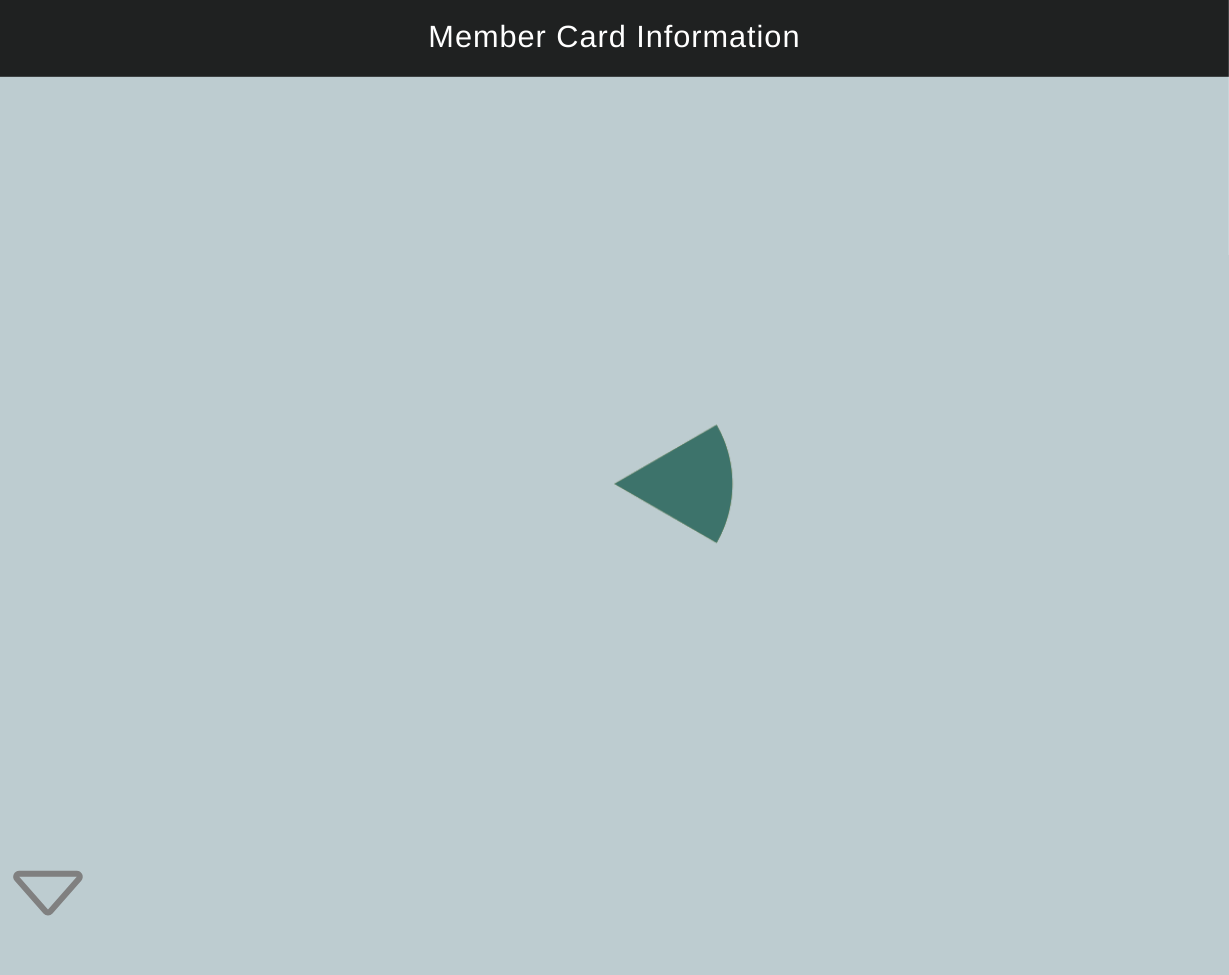
Repository: Leooook/lzhao-fed-test
Page: /
An editor plug-in stored every save of this project. The page is shown before and after a run of saves, followed by the edit.
The browser window is 1280 px wide. The pictures show the whole page, at 96% of full size.
The page's requests for data from a server got no answer. The project was rebuilt for these pictures with package versions that can differ from the ones it lists, and the page was loaded fresh each time. No one was signed in, and anything a server would have sent is missing. Also part of the build but not shown: src/components/detail.jsx.

Above is the page before, as saved 2021-03-15 21:22:28.

After the next 2 saves:
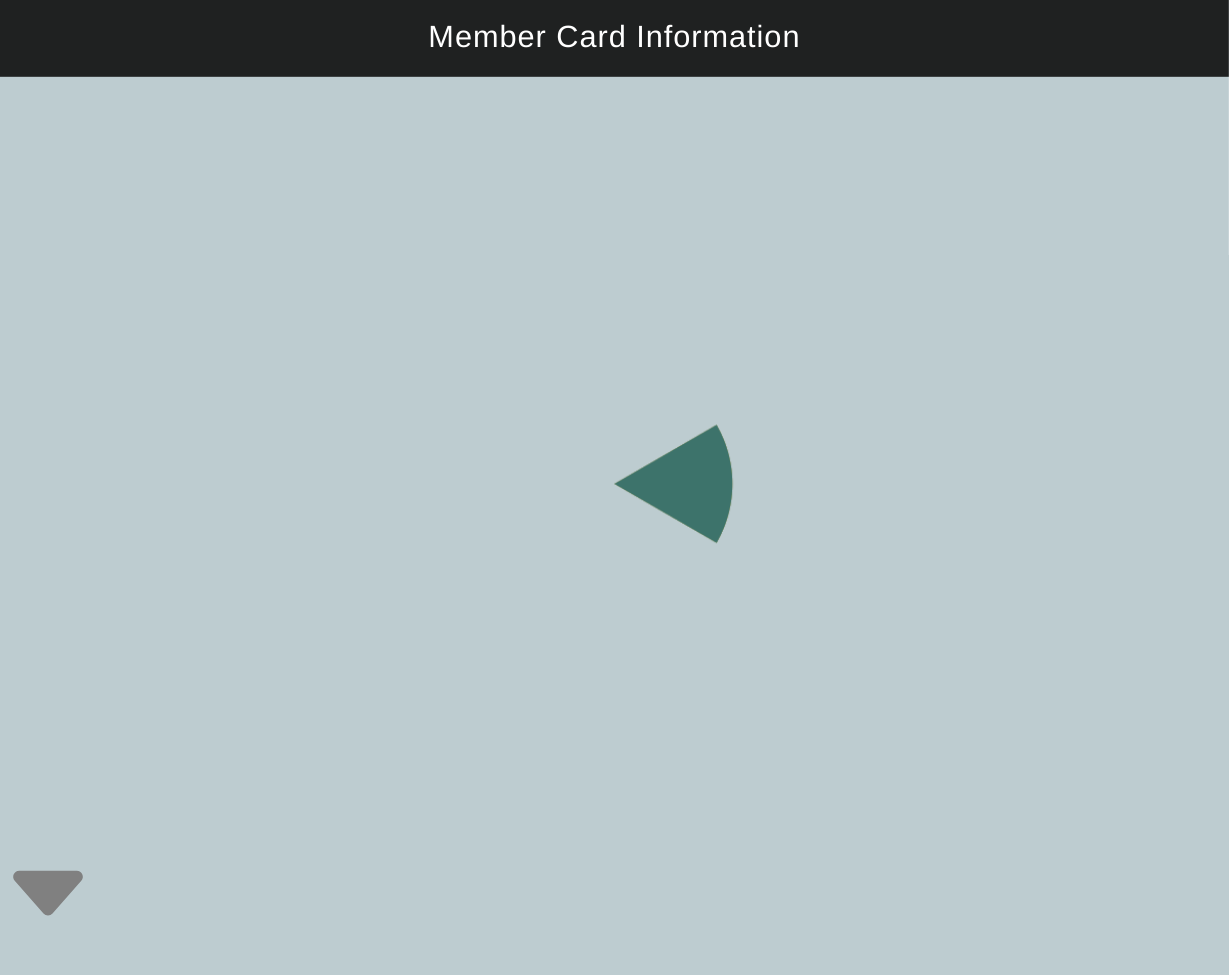
The 2 saves are shown as one change because they came seconds apart.
The last was saved 17 s later.
--- a/src/App.js
+++ b/src/App.js
@@ -1,5 +1,5 @@
 import React, {useState} from 'react';
-import {BsCaretDown} from 'react-icons/bs'
+import {BsCaretDownFill} from 'react-icons/bs'
 
 import './App.css'
 import Header from './components/header.jsx'
@@ -18,7 +18,7 @@ export default function App() {
       {
         featureAmount.map((key) => <Feature key = {key}/>)
       }
-      <BsCaretDown className='add-feature' onClick={() => setFeature()}/>
+      <BsCaretDownFill className='add-feature' onClick={() => setFeature()}/>
     </div>
   )
 }
